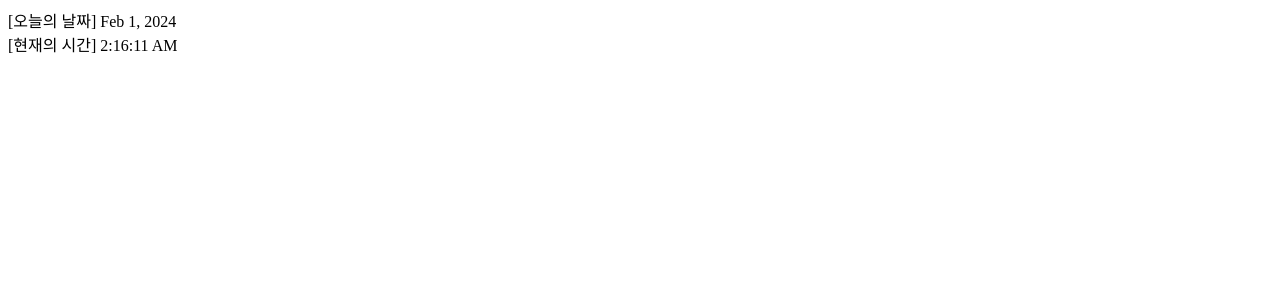
Repository: seonghun9906/sts3-Springboot
Page: http://localhost/spring-jsp02/today
The author's editor kept a copy of each file at every save. The page is drawn from the files as they stood at one save, then again after the next save.
The browser window is 1280 px wide. The pictures show the whole page.
The page is served by Tomcat 9. Other server files are loaded and not shown.

Above is the page before, as saved 2024-02-05 04:25:33.

### spring-jsp02/src/main/webapp/WEB-INF/views/today.jsp
<%@page import="java.util.Date"%>
<%@ page language="java" contentType="text/html; charset=UTF-8"
    pageEncoding="UTF-8"%>
<%@ taglib uri="http://java.sun.com/jsp/jstl/core" prefix="c" %>
<%@ taglib uri="http://java.sun.com/jsp/jstl/fmt" prefix="fmt" %>

<c:set var="date" value="<%=new Date()%>"/>

<!DOCTYPE html>
<html>
<head>
<meta charset="UTF-8">
<title>현재 일시</title>
</head>
<body>
[오늘의 날짜] <fmt:formatDate value="${date}"/><br>
[현재의 시간] <fmt:formatDate value="${date}" type="time"/>
</body>
</html>

After the next save:
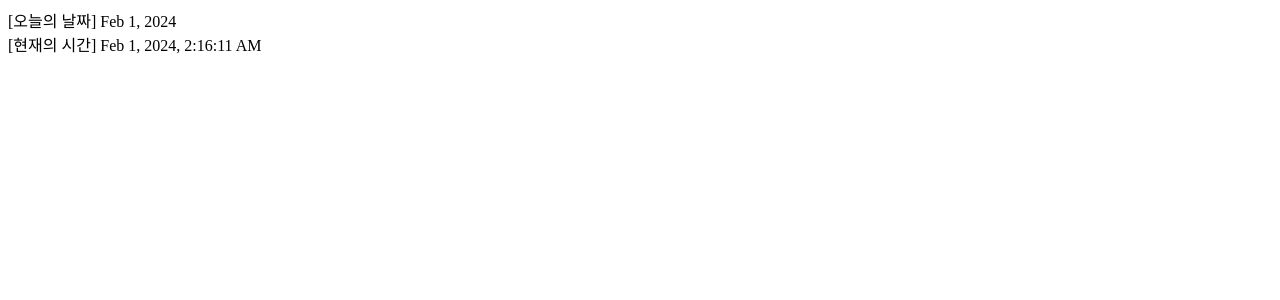
Saved 9 s later.
--- a/spring-jsp02/src/main/webapp/WEB-INF/views/today.jsp
+++ b/spring-jsp02/src/main/webapp/WEB-INF/views/today.jsp
@@ -14,6 +14,6 @@
 </head>
 <body>
 [오늘의 날짜] <fmt:formatDate value="${date}"/><br>
-[현재의 시간] <fmt:formatDate value="${date}" type="time"/>
+[현재의 시간] <fmt:formatDate value="${date}" type="both"/>
 </body>
 </html>
